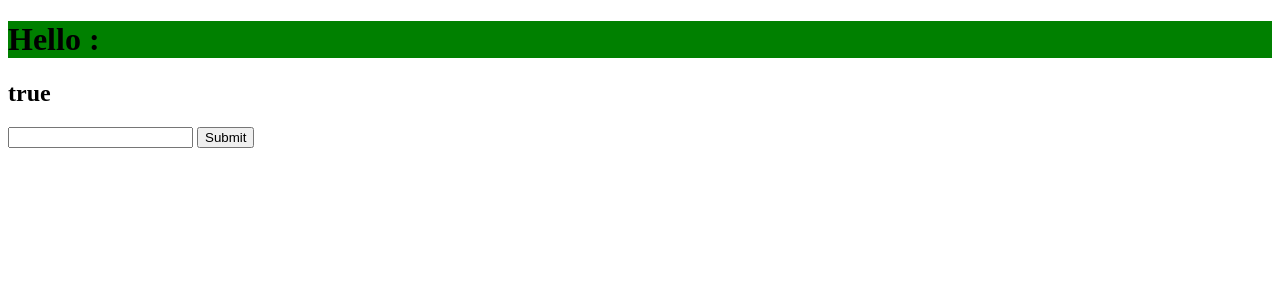
Repository: imrangthub/BlogUsingCoreJava
Page: http://localhost/StartingJsp_00/ExpressionLanguageOfJsp/templateText.jsp
An editor plug-in stored every save of this project. The page is shown before and after the next save, followed by the edit.
The browser window is 1280 px wide. The pictures show the whole page.
The page is served by Tomcat 9.

Above is the page before, as saved 2016-12-26 10:42:00.

### StartingJsp_00/WebContent/ExpressionLanguageOfJsp/templateText.jsp
<%@ page language="java" contentType="text/html; charset=ISO-8859-1"
    pageEncoding="ISO-8859-1"%>
<!DOCTYPE html PUBLIC "-//W3C//DTD HTML 4.01 Transitional//EN" "http://www.w3.org/TR/html4/loose.dtd">
<html>
<head>
<meta http-equiv="Content-Type" content="text/html; charset=ISO-8859-1">
<title>Template Text</title>
</head>
<body>



<h1  style="background-color: green;">Hello : ${param['userName'] }</h1>

<h2>${empty param.userName}</h2>

<form action="templateText.jsp" method="post">

<input type="text" name="userName"/>
<input type="submit"/>

</form>




</body>
</html>

After the next save:
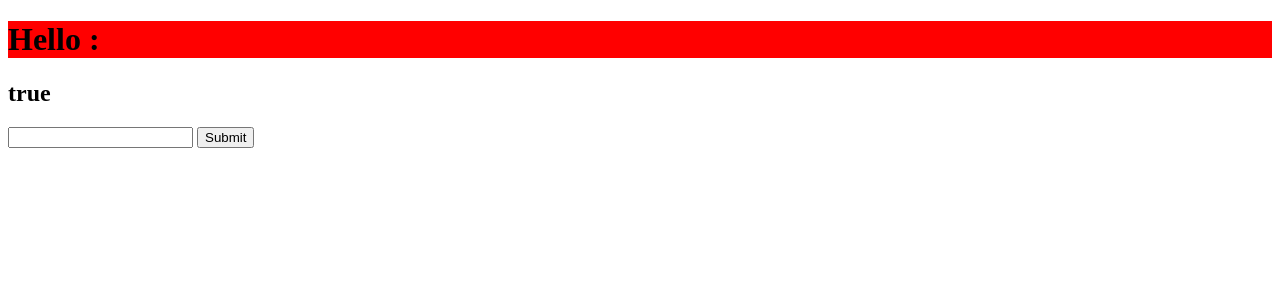
Saved 16 s later.
--- a/StartingJsp_00/WebContent/ExpressionLanguageOfJsp/templateText.jsp
+++ b/StartingJsp_00/WebContent/ExpressionLanguageOfJsp/templateText.jsp
@@ -10,7 +10,7 @@
 
 
 
-<h1  style="background-color: green;">Hello : ${param['userName'] }</h1>
+<h1  style="background-color: red;">Hello : ${param['userName'] }</h1>
 
 <h2>${empty param.userName}</h2>
 
